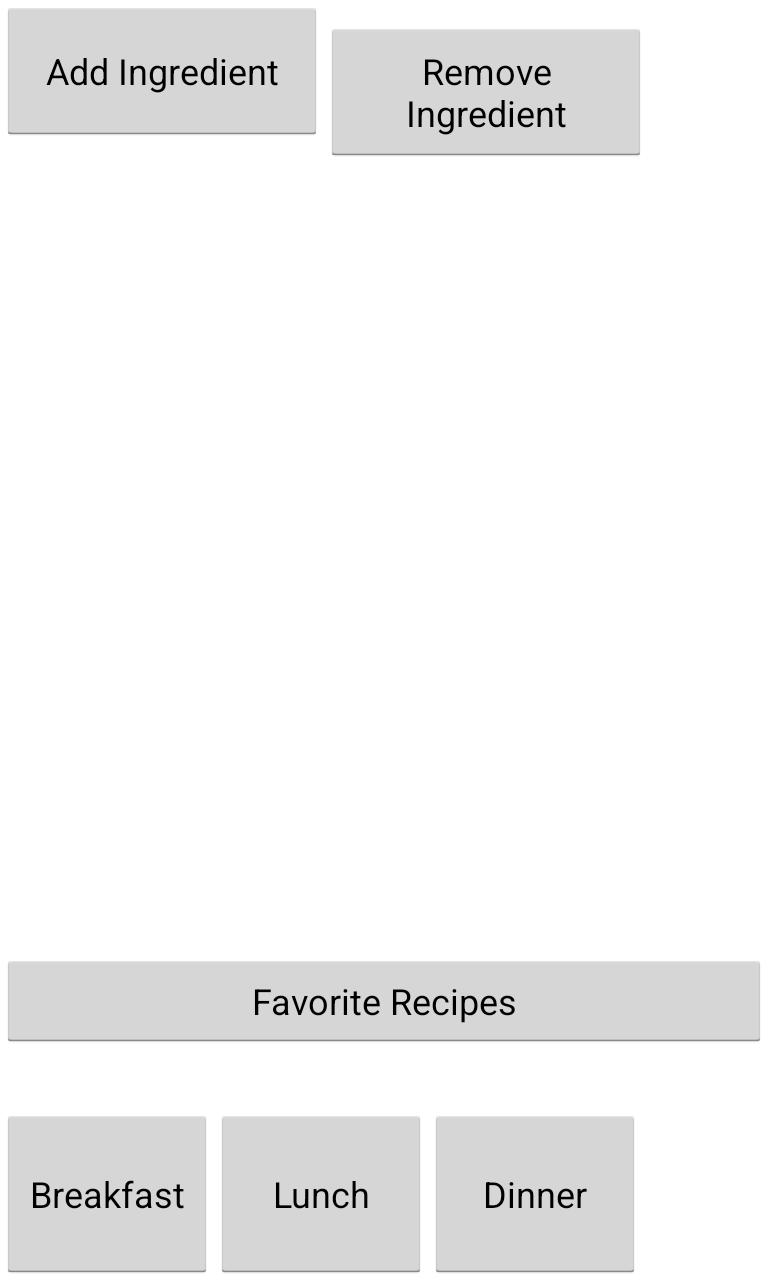
Repository: jmwood22/Boyardroid
Layout: Boyardroid/res/layout/activity_fridge.xml
These files come from the project's save history. The layout is drawn as it stood at one moment and after the next save; the edit follows.
It is drawn on a 768 x 1280 px phone screen (xhdpi) without system bars, with theme AppTheme; the app's code is not run.

Above is the layout before, as saved 2013-02-20 10:33:03.

### Boyardroid/res/layout/activity_fridge.xml
<LinearLayout xmlns:android="http://schemas.android.com/apk/res/android"
    xmlns:tools="http://schemas.android.com/tools"
    android:id="@+id/AbsoluteLayout1"
    android:layout_width="match_parent"
    android:layout_height="match_parent"
    android:orientation="vertical"
    tools:context=".FridgeScreen" >

    <LinearLayout
        android:layout_width="wrap_content"
        android:layout_height="0dp"
        android:layout_weight="1.16" >

        <Button
            android:id="@+id/button2"
            android:layout_width="162dp"
            android:layout_height="71dp"
            android:layout_gravity="top"
            android:onClick="addIngre"
            android:text="@string/addIngredient_button" />

        <Button
            android:id="@+id/button3"
            android:layout_width="162dp"
            android:layout_height="71dp"
            android:onClick="removIngre"
            android:text="@string/removeIngredient_button" />

    </LinearLayout>

    <Button
        android:id="@+id/button4"
        android:layout_width="fill_parent"
        android:layout_height="wrap_content"
        android:onClick="favRecipe"
        android:text="@string/favoriteRecipe_button" />

    <LinearLayout
        android:layout_width="wrap_content"
        android:layout_height="0dp"
        android:layout_gravity="bottom"
        android:layout_weight="0.28"
        android:orientation="horizontal" >

        <Button
            android:id="@+id/Button01"
            android:layout_width="107dp"
            android:layout_height="86dp"
            android:layout_gravity="bottom"
            android:onClick="searchbreakfast"
            android:text="@string/breakfast_button" />

        <Button
            android:id="@+id/Button02"
            android:layout_width="107dp"
            android:layout_height="86dp"
            android:layout_gravity="bottom"
            android:onClick="searchlunch"
            android:text="@string/lunch_button" />

        <Button
            android:id="@+id/button1"
            android:layout_width="107dp"
            android:layout_height="86dp"
            android:layout_gravity="bottom"
            android:onClick="searchdinner"
            android:text="@string/dinner_button" />


    </LinearLayout>

</LinearLayout>

### Boyardroid/res/values/strings.xml
<?xml version="1.0" encoding="utf-8"?>
<resources>

    <string name="app_name">BoyarDroid</string>
    <string name="quick_recipe">Quick Recipe</string>
    <string name="menu_settings">Settings</string>
    <string name="title_activity_quck_recipe">QuckRecipe</string>
    <string name="title_activity_quick_recipe">QuickRecipe</string>
    <string name="find_recipe">Find Recipes</string>
    <string name="hello_world">Hello world!</string>
    <string name="title_activity_home_screen">HomeScreen</string>
    <string name="title_activity_fridge">Fridge</string>
	<string name="fridge_button">Fridge</string>
	<string name="dinner_button">Dinner</string>
	<string name="breakfast_button">Breakfast</string>
	<string name="lunch_button">Lunch</string>
	<string name="user_button">User text</string>
	<string name="addIngredient_button">Add Ingredient</string>
	<string name="removeIngredient_button">Remove Ingredient</string>
	<string name="favoriteRecipe_button">Favorite Recipes</string>
</resources>

Loaded but not shown: Boyardroid/res/values/styles.xml (common file); Boyardroid/res/values-v11/styles.xml (common file); Boyardroid/res/values-v14/styles.xml (common file)

After the next save:
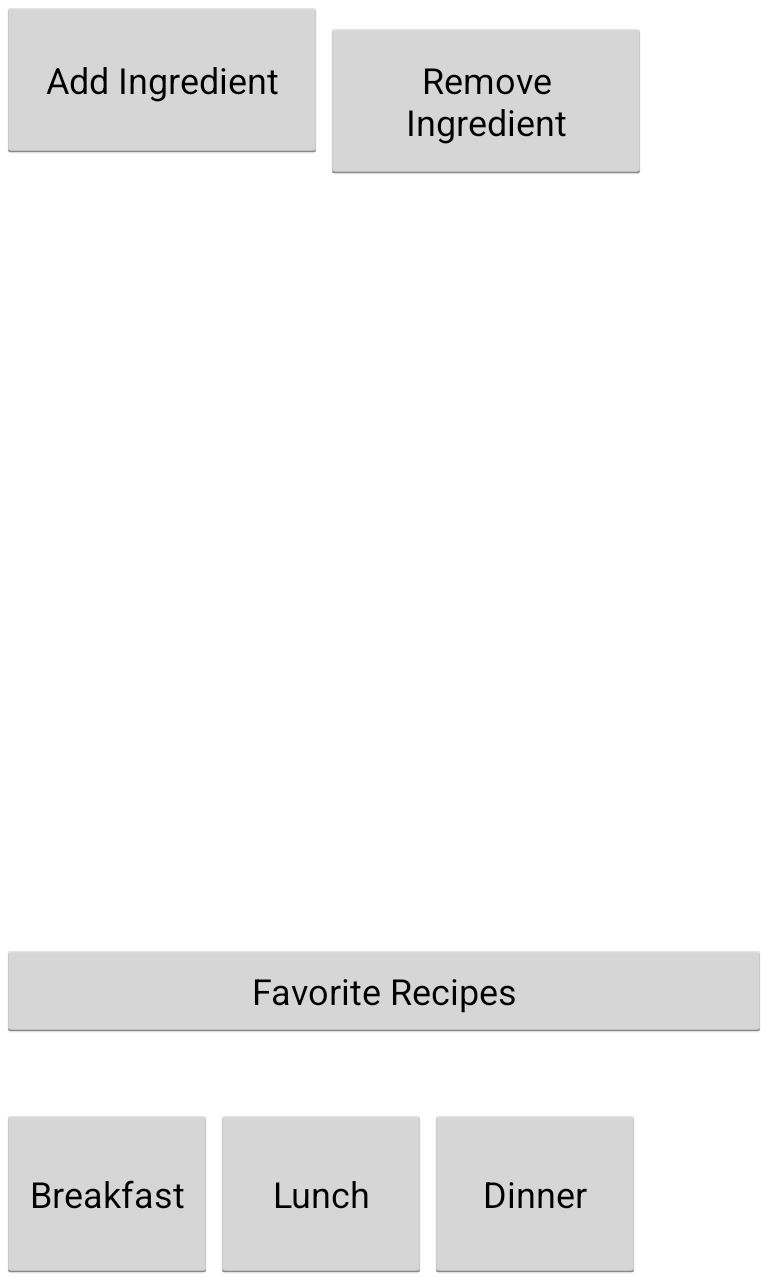
Saved 70 s later.
--- a/Boyardroid/res/layout/activity_fridge.xml
+++ b/Boyardroid/res/layout/activity_fridge.xml
@@ -9,20 +9,19 @@
     <LinearLayout
         android:layout_width="wrap_content"
         android:layout_height="0dp"
-        android:layout_weight="1.16" >
+        android:layout_weight="1.10" >
 
         <Button
             android:id="@+id/button2"
             android:layout_width="162dp"
-            android:layout_height="71dp"
-            android:layout_gravity="top"
+            android:layout_height="80dp"
             android:onClick="addIngre"
             android:text="@string/addIngredient_button" />
 
         <Button
             android:id="@+id/button3"
             android:layout_width="162dp"
-            android:layout_height="71dp"
+            android:layout_height="80dp"
             android:onClick="removIngre"
             android:text="@string/removeIngredient_button" />
 
@@ -32,6 +31,7 @@
         android:id="@+id/button4"
         android:layout_width="fill_parent"
         android:layout_height="wrap_content"
+        android:layout_gravity="bottom"
         android:onClick="favRecipe"
         android:text="@string/favoriteRecipe_button" />
 
